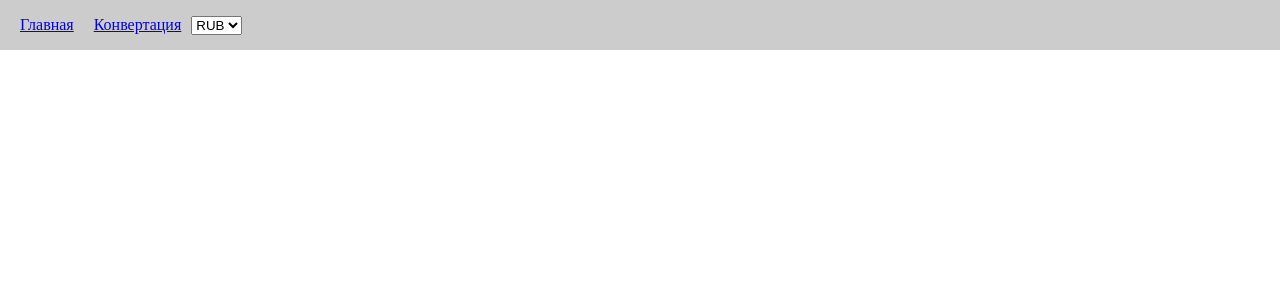
Repository: Friend689/vite-vue-currency-conversion
Page: /convert
These files come from the project's save history. The page is drawn as it stood at one moment and after the next save; the edit follows.
The browser window is 1280 px wide. The pictures show the whole page.
The page's requests for data from a server got no answer. The project was rebuilt for these pictures with package versions that can differ from the ones it lists, and the page was loaded fresh each time. No one was signed in, and anything a server would have sent is missing. Also part of the build but not shown: vite.config.js, src/views/Main.vue.

Above is the page before, as saved 2024-09-03 18:55:06.

### src/main.js
import { createApp } from 'vue'
import './style.css'
import App from './App.vue';
import router from './router';

createApp(App).use(router).mount('#app')

### src/App.vue
<script setup>
import Header from "@/components/ui/Header.vue";
</script>

<template>
  <div>
    <Header />
    <main>
      <router-view />
    </main>
  </div>
</template>

<style scoped></style>

### src/router/index.js
import { createRouter, createWebHistory } from 'vue-router'

import Main from '@/views/Main.vue';
import Convert from '@/views/Convert.vue';


const routes = [
  { path: '/', component: Main },
  { path: '/convert', component: Convert },
]

export default createRouter({
  history: createWebHistory(),
  routes,
})

### src/components/ui/Header.vue
<script setup>
import { ref, onMounted } from "vue";

const arrCurrency = ref([]);

const getCurrency = () => {
  fetch("https://status.neuralgeneration.com/api/currency")
    .then(response => response.json())
    .then(data => arrCurrency.value = data);
}

onMounted(() => {
  getCurrency();
})

</script>

<template>
  <header>
    <router-link to="/">Главная</router-link>
    <router-link to="/convert">Конвертация</router-link>
    <select name="currency" id="currency">
      <option value="rub">RUB</option>
      <option value="usd">USD</option>
      <option value="eur">EUR</option>
    </select>
  </header>
</template>

<style scoped>
header {
  height: 50px;
  background-color: #ccc;
  display: flex;
  align-items: center;
  padding: 0 10px;
}
header a {
  margin: 0 10px;
}
</style>

### src/views/Convert.vue
<script setup></script>

<template>
  <div>
    <header></header>
    <main></main>
  </div>
</template>

<style></style>

Loaded but not shown: index.html (common file); src/style.css (common file)

After the next save:
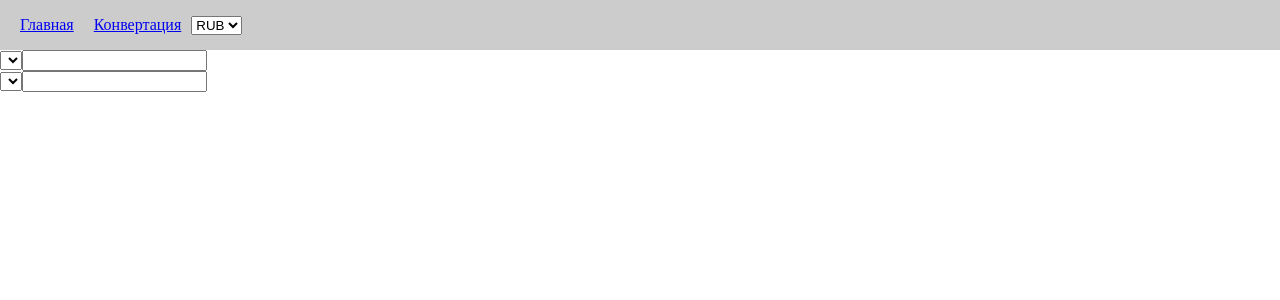
Saved 2 min 48 s later.
--- a/src/views/Convert.vue
+++ b/src/views/Convert.vue
@@ -1,9 +1,25 @@
-<script setup></script>
+<script setup>
+
+
+</script>
 
 <template>
   <div>
-    <header></header>
-    <main></main>
+    <form>
+      <div>
+        <select v-model="fromCurrency">
+          <option v-for="currency in currencies" :key="currency" :value="currency">{{ currency }}</option>
+        </select>
+        <input type="number" v-model="fromValue" @input="convert" />
+      </div>
+      <div>
+        <select v-model="toCurrency">
+          <option v-for="currency in currencies" :key="currency" :value="currency">{{ currency }}</option>
+        </select>
+        <input type="number" v-model="toValue" @input="convert" />
+      </div>
+    </form>
+    <p v-if="error">{{ error }}</p>
   </div>
 </template>
 
